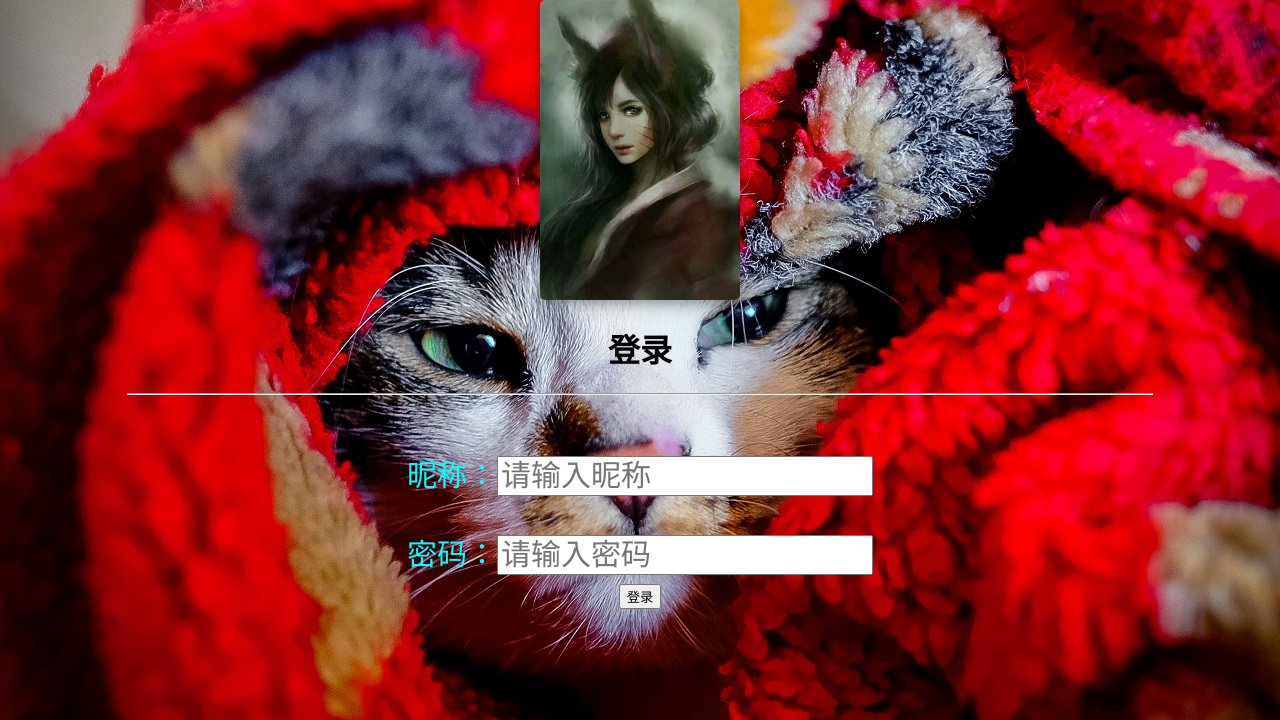
Repository: JuniorProjectTraining/free
Page: http://localhost/emss/login.jsp
An editor plug-in stored every save of this project. The page is shown before and after the next save, followed by the edit.
The browser window is 1280 px wide. The pictures show the whole page.
The page is served by Tomcat 9. Other server files are loaded and not shown.

Above is the page before, as saved 2019-12-25 13:47:43.

### emss/src/main/webapp/login.jsp
<%@ page language="java" contentType="text/html; charset=UTF-8"
	pageEncoding="UTF-8"%>
<!DOCTYPE html>
<html>
<head>
<meta charset="UTF-8">
<title>Insert title here</title>

<style type="text/css">
body {
	margin: 0;
	height: 100vh;
}

.nn, .nn input {
	font-family: "楷体";
	font-size: 30px;
	color: cyan;
}

#n {
	box-shadow: 0 4px 8px 0 rgba(0, 0, 0, 0.2), 0 6px 20px 0
		rgba(0, 0, 0, 0.19);
	width: 200px;
	height: 300px;
	border-radius: 32px;
	border-radius: 5px;
	cursor: pointer;
	transition: 0.3s;
}

#beijing {
	background-image: url(./image/parallex.jpg);
	background-size: 100%;
	background-repeat: no-repeat;
	height: 100%;
	text-align: center;
}
</style>
</head>
<body>
	<div id="beijing">
		<img id="n" src="./image/ali_27.jpeg">
		<h1 Style="text-align: center;">登录</h1>
		<hr width="80%">

		<form style="text-align: center;"
			action="${pageContext.request.contextPath }/EmpServlet?cmd=login"
			method="post">
			<br>
			<p class="nn">
				昵称：<input id="username" name="nickname" placeholder="请输入昵称" />
				<br>
				<br>
				密码：<input type="password" id="password" name="password"
					placeholder="请输入密码"/ >
					<br>
					<button type="submit" value="登录">登录</button>
			</p>
		</form>
	</div>
</body>
</html>

After the next save:
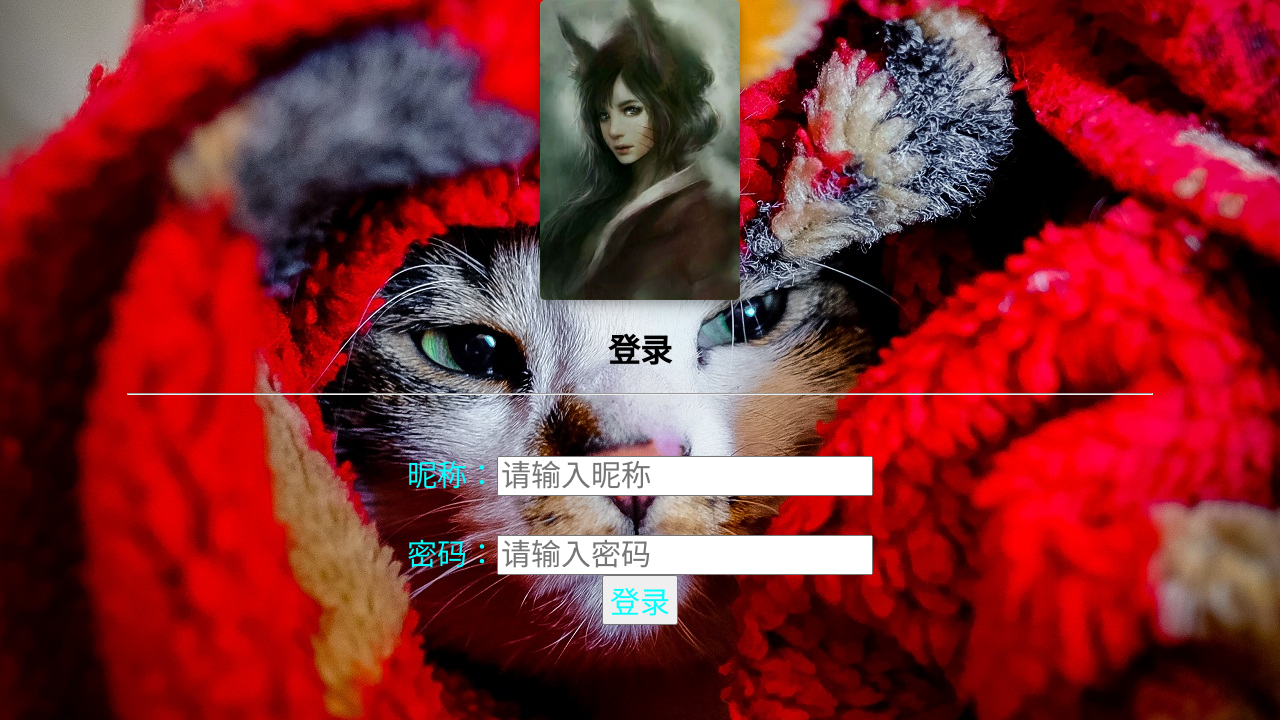
Saved 88 s later.
--- a/emss/src/main/webapp/login.jsp
+++ b/emss/src/main/webapp/login.jsp
@@ -55,7 +55,7 @@ body {
 				密码：<input type="password" id="password" name="password"
 					placeholder="请输入密码"/ >
 					<br>
-					<button type="submit" value="登录">登录</button>
+					<input type = "submit" value="登录">
 			</p>
 		</form>
 	</div>
